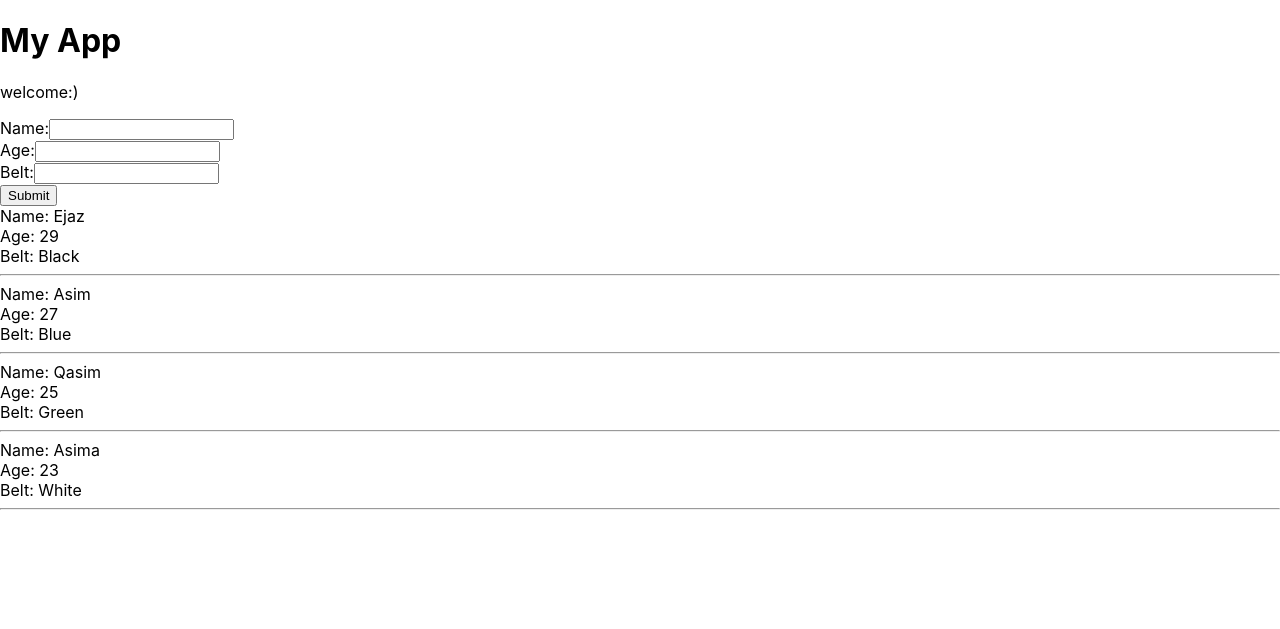
Repository: ejazsidhu/reactJSPrecticeNinja
Page: /
These files come from the project's save history. The page is drawn as it stood at one moment and after the next save; the edit follows.
The browser window is 1280 px wide. The pictures show the whole page.
The project was rebuilt for these pictures with package versions that can differ from the ones it lists, and the page was loaded fresh each time.

Above is the page before, as saved 2020-04-10 20:16:10.

### src/App.js
import React from 'react';
import Ninjas from './ninjas'
import AddNinja from './addNinja';

class App extends React.Component {
  state={
    ninjas:[
      {id:1,name:"Ejaz",age:"29",belt:"Black"},
      {id:2,name:"Asim",age:"27",belt:"Blue"},
      {id:3,name:"Qasim",age:"25",belt:"Green"},
      {id:4,name:"Asima",age:"23",belt:"White"}


    ]
  }
  AddNinja=(ninja)=>{
    ninja.id=Math.random();
    const ninjas=[...this.state.ninjas,ninja];
    this.setState({
      ninjas:ninjas
    })
  }
render(){
  return (
    <div className="App">
  <h1>My App</h1>
  <p>welcome:)</p>
<AddNinja AddNinja={this.AddNinja}/>
  <Ninjas ninjas={this.state.ninjas}/>
    </div>
  );
}
}

export default App;

### src/ninjas.js
import React ,{Component} from 'react';

export default class Ninjas extends Component{
    render(){
        // console.time('timer')
        console.log(this.props.ninjas);
        // console.timeEnd('timer')
        const {ninjas}=this.props;
        const ninjasList=ninjas.map(ninja=>{
            return (
            <div className="Ninjas" key={ninja.id}>

                <div>Name: {ninja.name}</div>
                <div>Age: {ninja.age}</div>
                <div>Belt:  {ninja.belt}</div>
                <hr/>
                </div>
            )
        })
        return (
            <div className="ninja-list">
                {ninjasList}

            </div>

        )
    }
}

### src/addNinja.js
import React, { Component } from 'react';
class AddNinja extends Component {
    state = {
        name:null,
        age:null,
        belt:null
      }
      handleChange=(e)=>{
          this.setState({
              [e.target.id]:e.target.value
          })
      }

      handleSubmit=(e)=>{
          e.preventDefault();
        //   console.log(this.state)
        this.props.AddNinja(this.state)
      }
    render() {
        return (
            <div className="add-ninjas">
                <form onSubmit={this.handleSubmit}>
                    <label htmlFor="name">Name:</label>
                    <input type="text" id="name" onChange={this.handleChange}/><br/>
                    <label htmlFor="age">Age:</label>
                    <input type="text" id="age" onChange={this.handleChange}/><br/>
                    <label htmlFor="belt">Belt:</label>
                    <input type="text" id="belt" onChange={this.handleChange}/><br/>
                    <button type="submit">Submit</button>
                </form>

            </div>
          );
    }
}

export default AddNinja;

Loaded but not shown: public/index.html (common file); src/index.js (common file); src/index.css (common file); src/serviceWorker.js (common file)

After the next save:
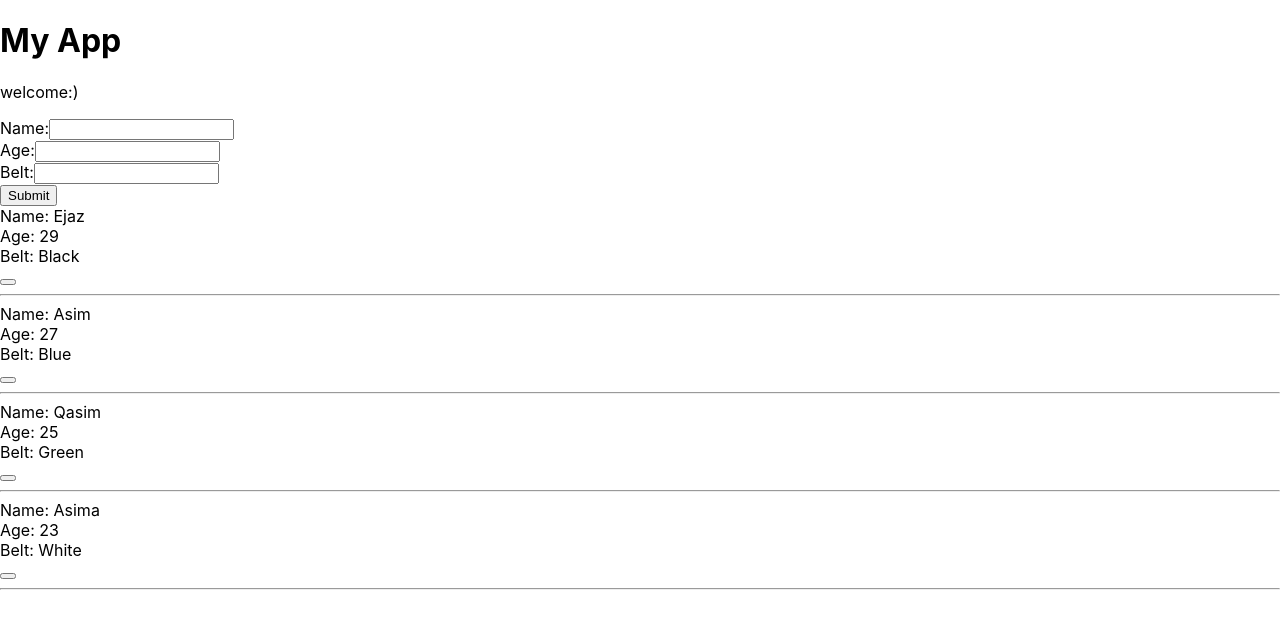
Saved 9 min 17 s later.
--- a/src/App.js
+++ b/src/App.js
@@ -20,12 +20,16 @@ class App extends React.Component {
       ninjas:ninjas
     })
   }
+
+  deleteNinja=(id)=>{
+    console.log(id);
+  }
 render(){
   return (
     <div className="App">
   <h1>My App</h1>
   <p>welcome:)</p>
-<AddNinja AddNinja={this.AddNinja}/>
+<AddNinja AddNinja={this.AddNinja} deleteNinja={this.deleteNinja}/>
   <Ninjas ninjas={this.state.ninjas}/>
     </div>
   );
--- a/src/ninjas.js
+++ b/src/ninjas.js
@@ -13,6 +13,7 @@ export default class Ninjas extends Component{
                 <div>Name: {ninja.name}</div>
                 <div>Age: {ninja.age}</div>
                 <div>Belt:  {ninja.belt}</div>
+                <button onClick={()=>{this.props.deleteNinja(ninja.id)}}></button>
                 <hr/>
                 </div>
             )
